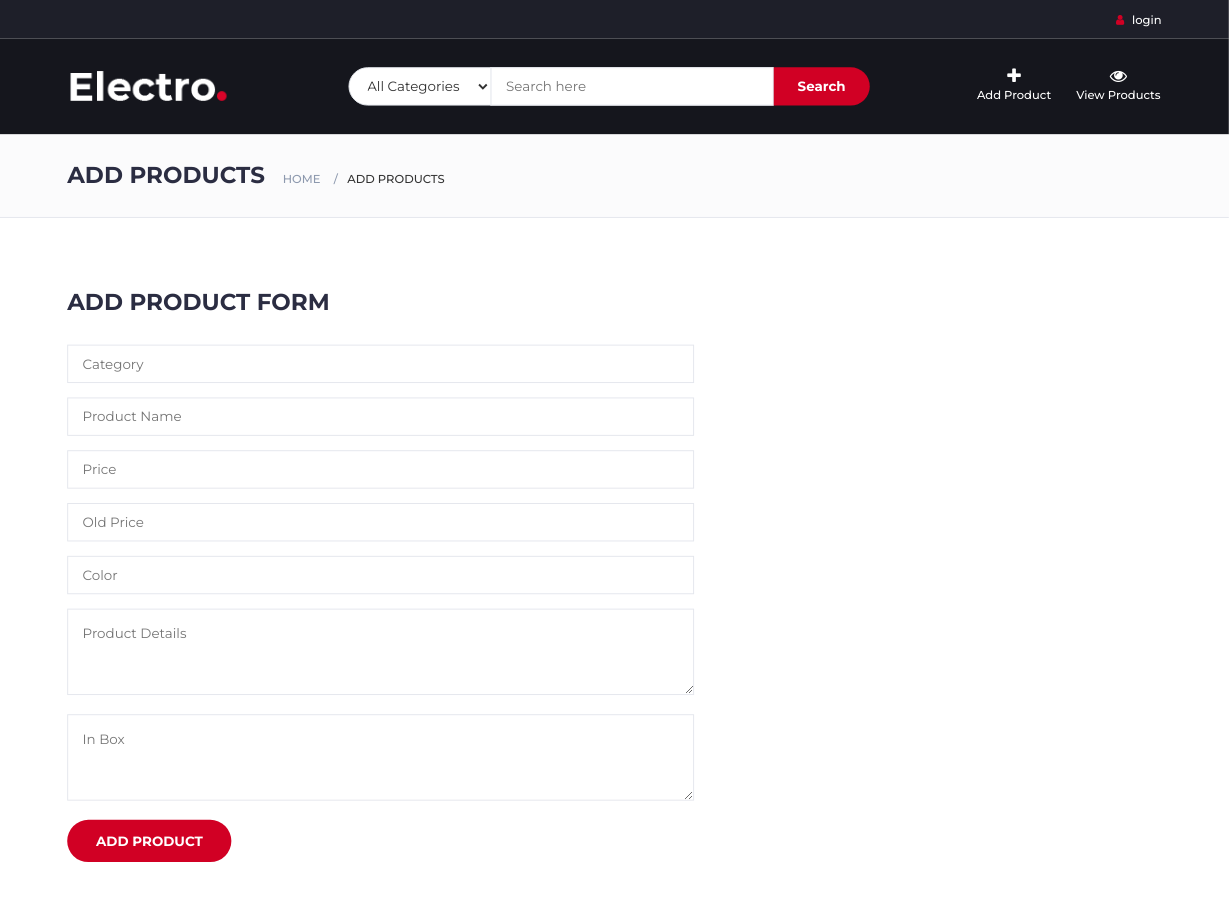
Repository: kinjalsavaliya263/JAVA
Page: http://localhost/electro-master/addproduct.jsp
The author's editor kept a copy of each file at every save. The page is drawn from the files as they stood at one save, then again after the next save.
The browser window is 1280 px wide. The pictures show the whole page, at 96% of full size.
The page is served by Tomcat 9. The template is opened directly, without the code that normally fills it, so the values that code supplies are empty.

Above is the page before, as saved 2023-04-04 15:27:07.

After the next save:
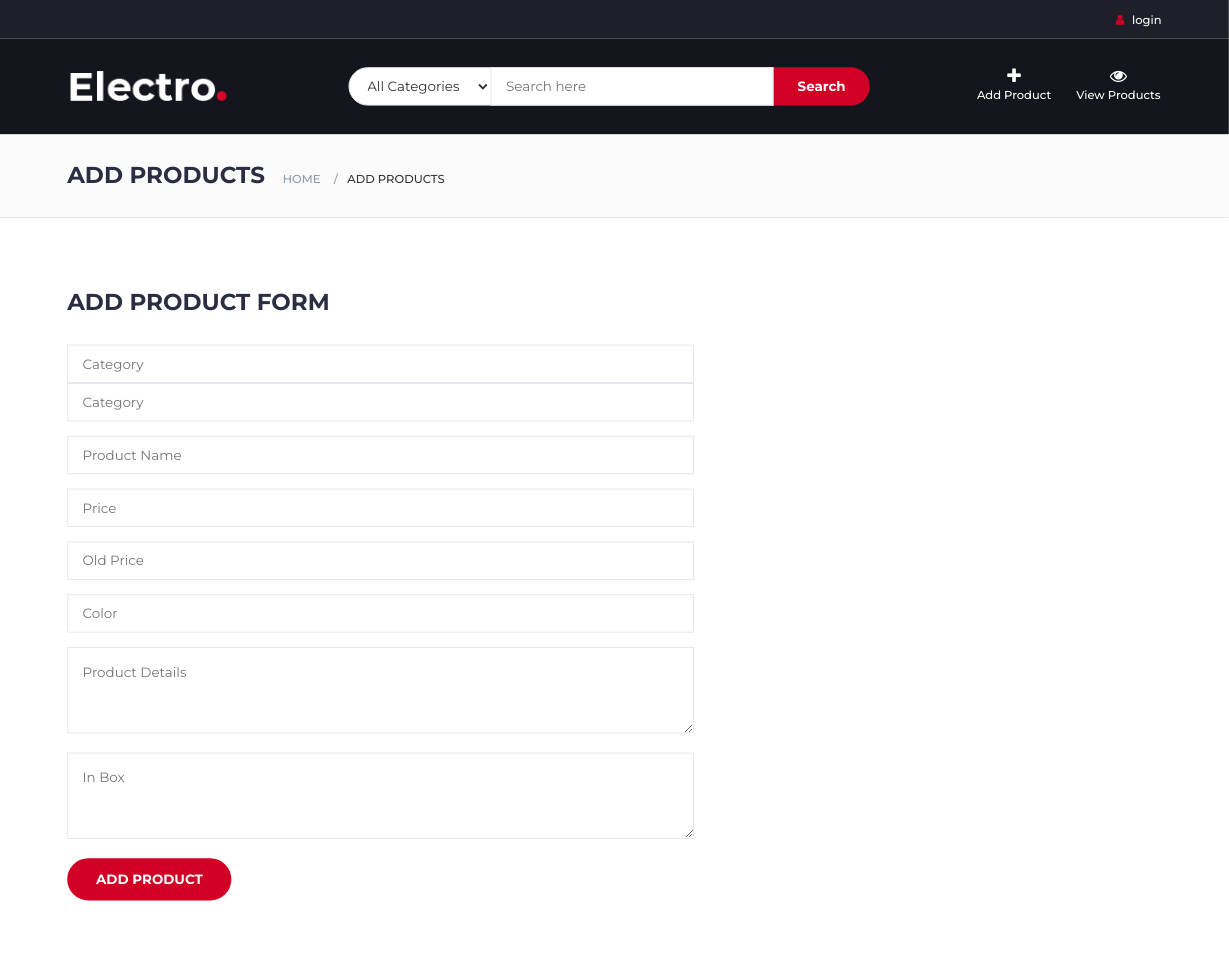
Saved 77 s later.
--- a/electro-master/src/main/webapp/addproduct.jsp
+++ b/electro-master/src/main/webapp/addproduct.jsp
@@ -46,6 +46,9 @@
 								<h3 class="title">Add Product Form</h3>
 							</div>
 
+
+								<input class="input" type="text" name="category"
+									placeholder="Category" id="category">
 
 							<div class="form-group">
 								<input class="input" type="text" name="category"

After the save that followed:
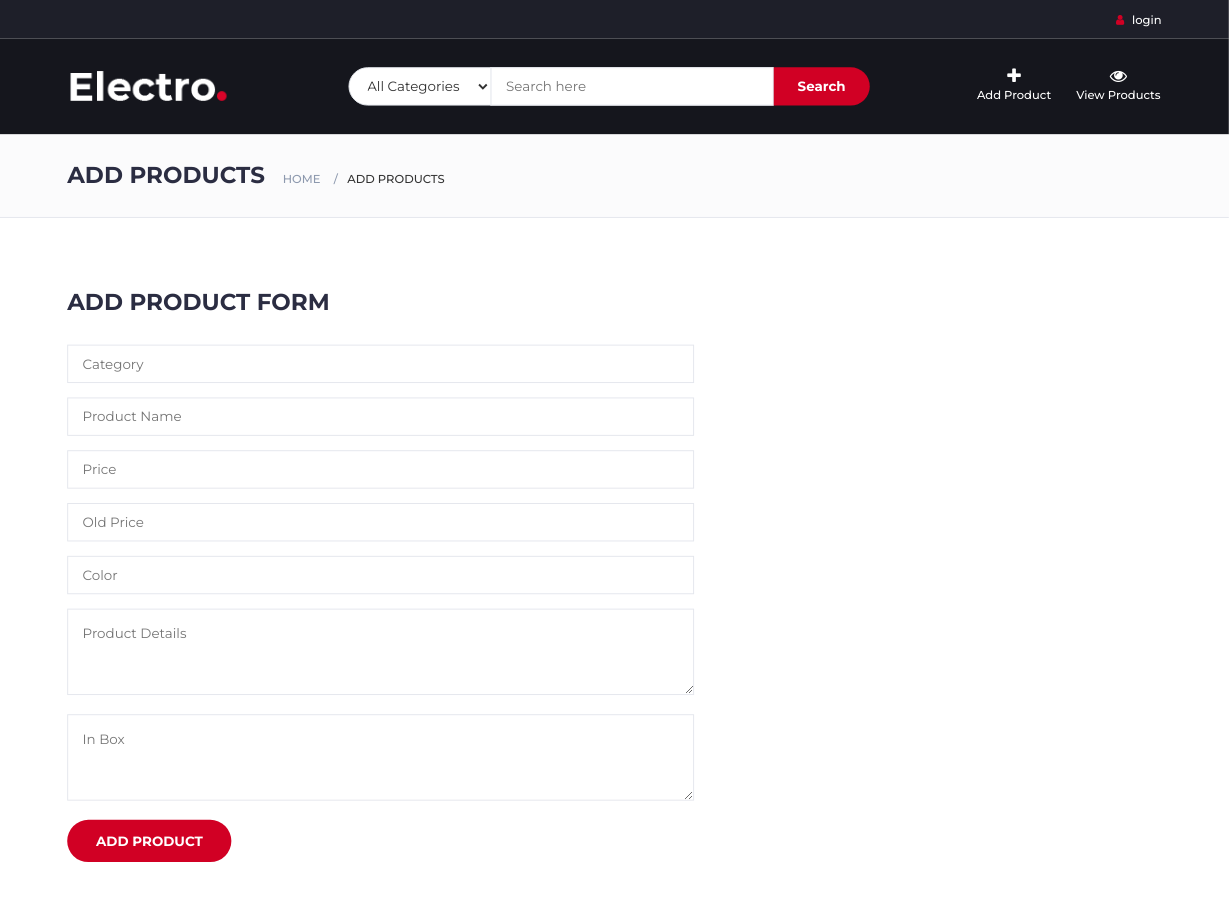
Saved 38 s later.
--- a/electro-master/src/main/webapp/addproduct.jsp
+++ b/electro-master/src/main/webapp/addproduct.jsp
@@ -1,6 +1,6 @@
 <%@ page language="java" contentType="text/html; charset=UTF-8"
 	pageEncoding="UTF-8"%>
-	<%@ include file="sellerheader.jsp" %>
+<%@ include file="sellerheader.jsp"%>
 <!DOCTYPE html>
 <html>
 <head>
@@ -29,7 +29,7 @@
 	</div>
 	<!-- /BREADCRUMB -->
 
-<!-- SECTION -->
+	<!-- SECTION -->
 	<div class="section">
 		<!-- container -->
 		<div class="container">
@@ -47,8 +47,7 @@
 							</div>
 
 
-								<input class="input" type="text" name="category"
-									placeholder="Category" id="category">
+							<input  type="hidden" name="uid" id="uid">
 
 							<div class="form-group">
 								<input class="input" type="text" name="category"
@@ -72,16 +71,17 @@
 							</div>
 
 							<div class="form-group">
-							<textarea cols="3" class="input"  name="details"
+								<textarea cols="3" class="input" name="details"
 									placeholder="Product Details" id="details"></textarea>
 							</div>
 							<div class="form-group">
-							<textarea cols="3" class="input"  name="inbox"
+								<textarea cols="3" class="input" name="inbox"
 									placeholder="In Box" id="inbox"></textarea>
 							</div>
 
 							<div class="form-group">
-								<button type="submit" class="primary-btn order-submit">Add Product</button>
+								<button type="submit" class="primary-btn order-submit">Add
+									Product</button>
 							</div>
 
 						</div>
